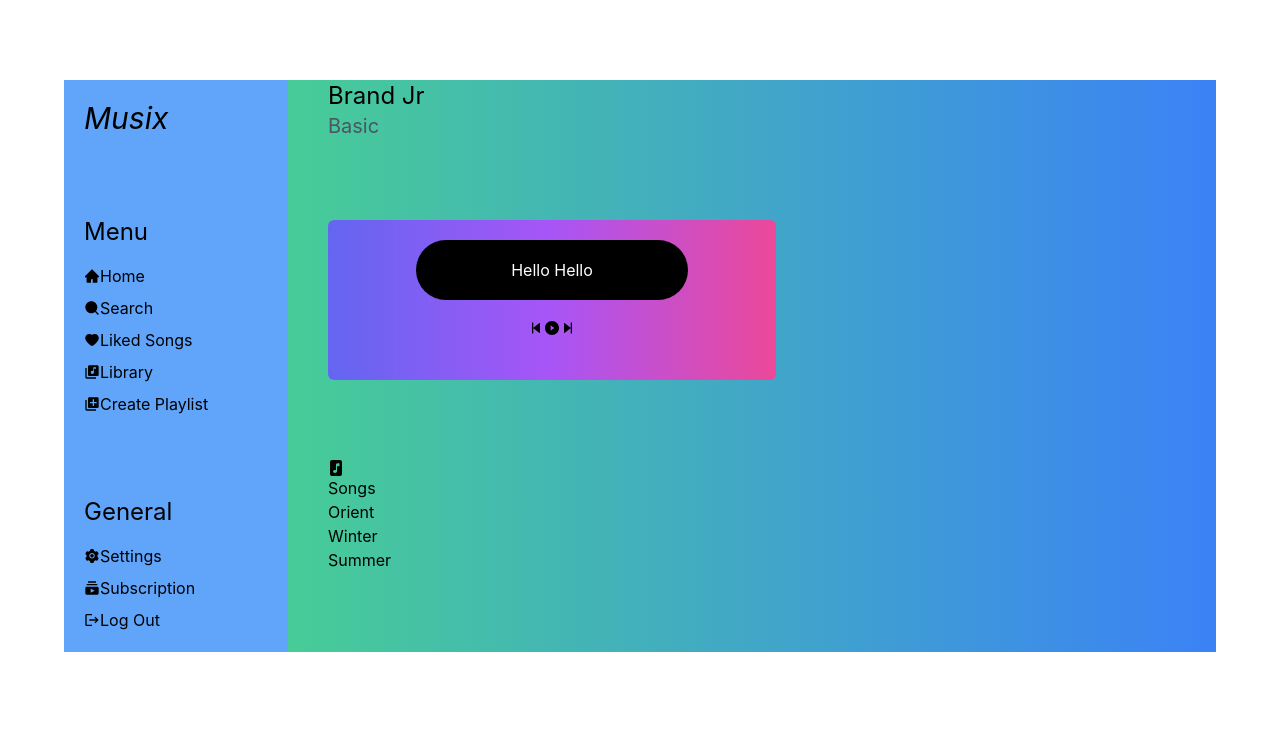
Repository: brandford7/music-player
Page: /
These files come from the project's save history. The page is drawn as it stood at one moment and after a run of saves; the edit follows.
The browser window is 1280 px wide. The pictures show the whole page.
The project was rebuilt for these pictures with package versions that can differ from the ones it lists, and the page was loaded fresh each time. The framework's server and built-in components were replaced by stand-ins that run in the browser. Also part of the build but not shown: next.config.js.

Above is the page before, as saved 2022-11-18 12:52:52.

After the next 3 saves:
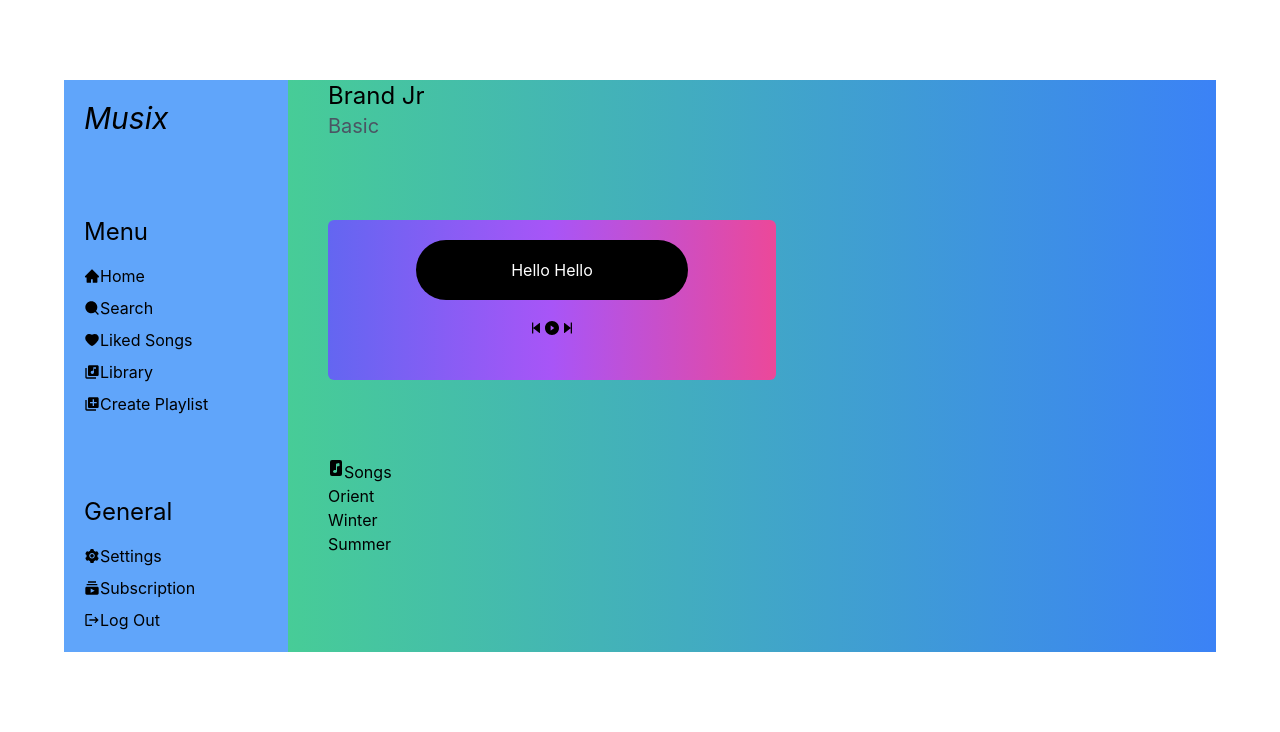
The 3 saves are shown as one change because they came seconds apart.
The last was saved 11 s later.
--- a/components/SongList.jsx
+++ b/components/SongList.jsx
@@ -4,7 +4,7 @@ import { BsFillFileMusicFill } from "react-icons/bs";
 const SongList = () => {
   return (
     <div>
-      <h1>
+      <h1 className="flex">
         <BsFillFileMusicFill />
         Songs
       </h1>
